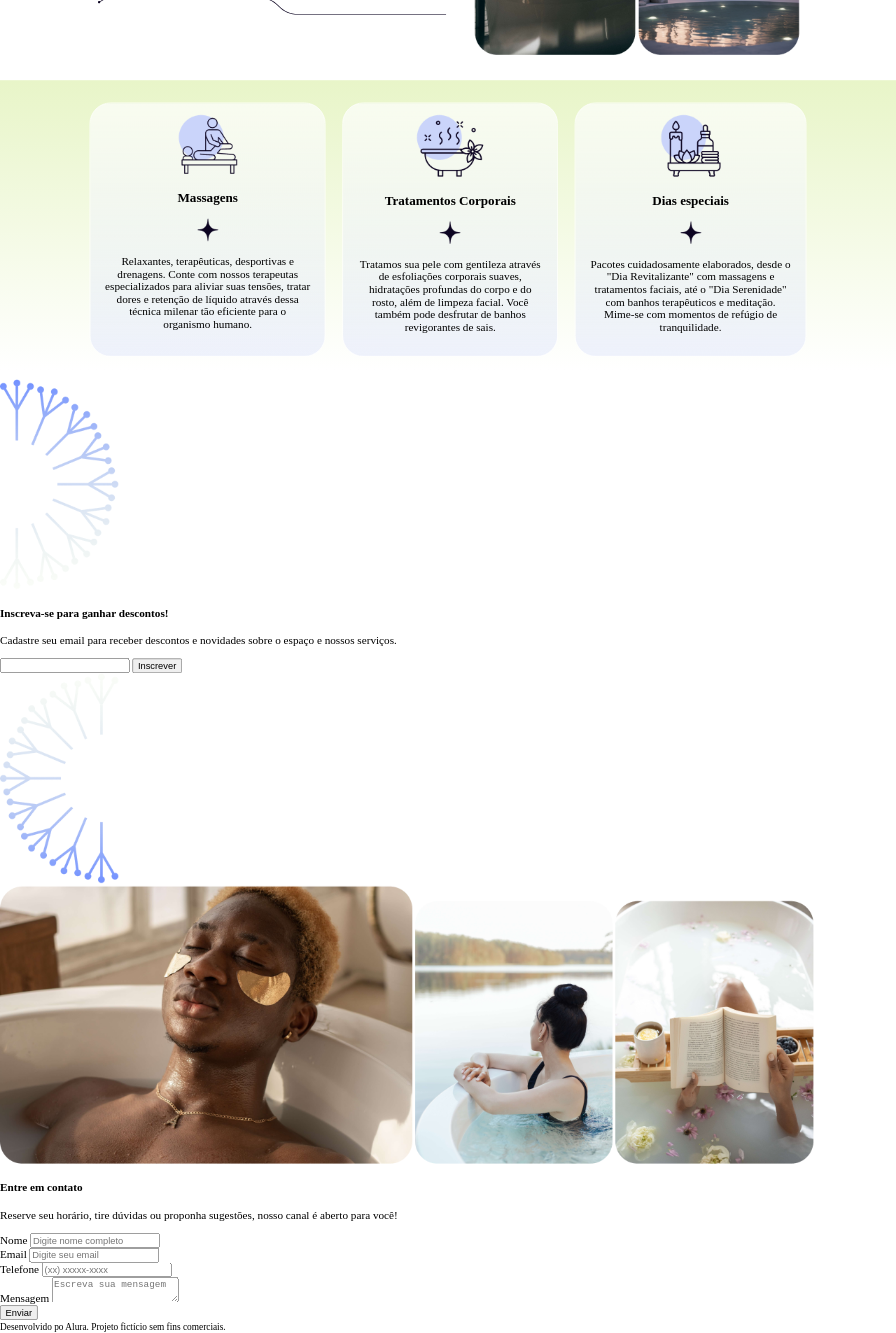
Repository: joaoPraiaJunior/curso-sass
Page: index.html
An editor plug-in stored every save of this project. The page is shown before and after the next save, followed by the edit.
The browser window is 1280 px wide. The pictures show the part of the page from y = 1481 to 3401 px (the page is 3385 px tall before and 3401 px after), at 70% of full size.
Some web fonts or font styles are not loaded; a fallback is used. The style sheet was rebuilt from its Sass, Less or Tailwind sources for each picture, by a compiler version that may differ from the author's.

Above is the page before, as saved 2024-07-06 17:25:57.

After the next save:
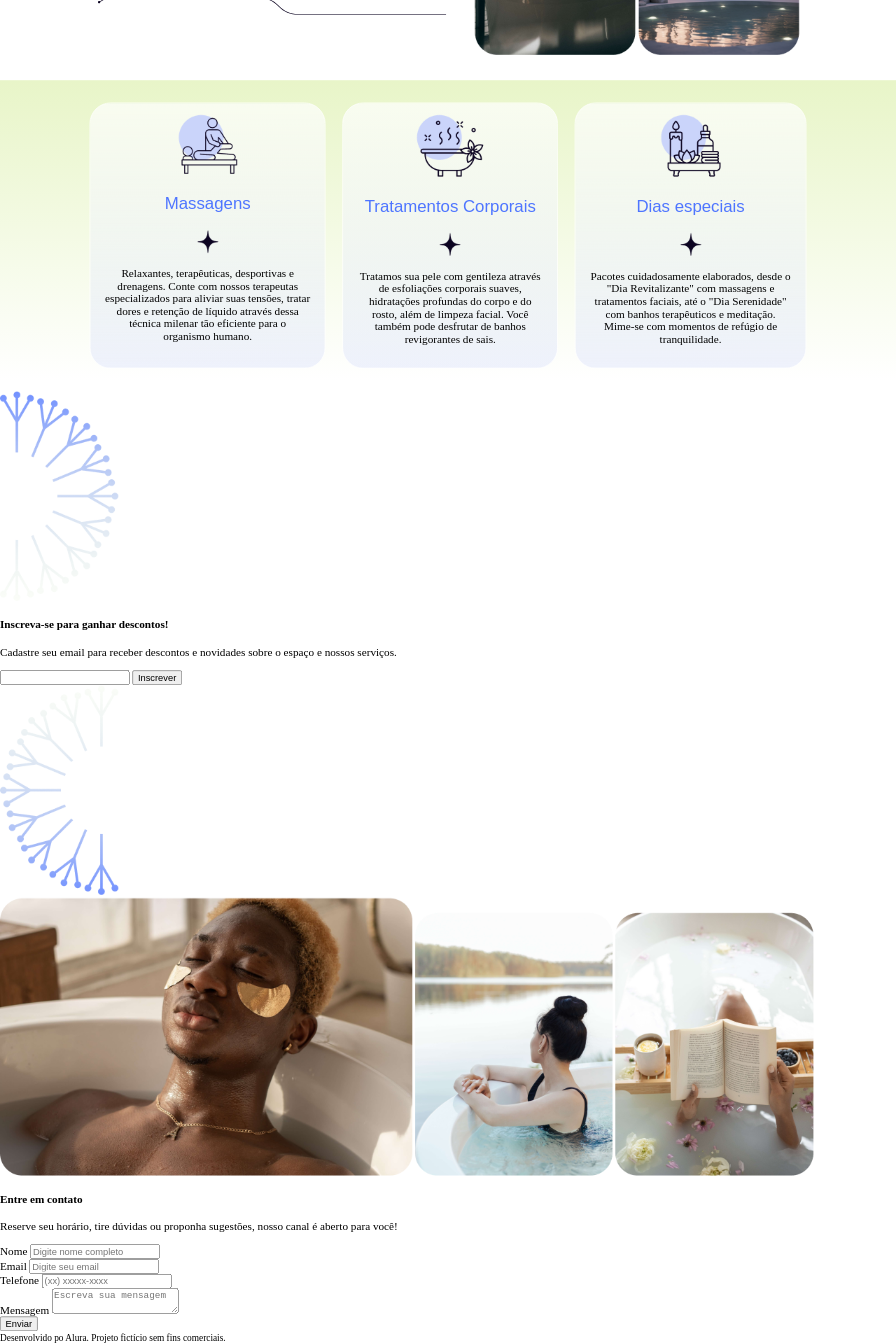
Saved 3 min 42 s later.
--- a/styles/components/_servicos.scss
+++ b/styles/components/_servicos.scss
@@ -16,6 +16,11 @@
             border: 1px solid #fff;
             padding: 1.6rem 2rem;
             border-radius: 3rem;
+
+            &-titulo {
+                @include mixins.estilos-fontes(variaveis.$ft-titulos, 2.4rem, variaveis.$cor-secundaria);
+                font-weight: 500;
+            }
         }
     }
 }
